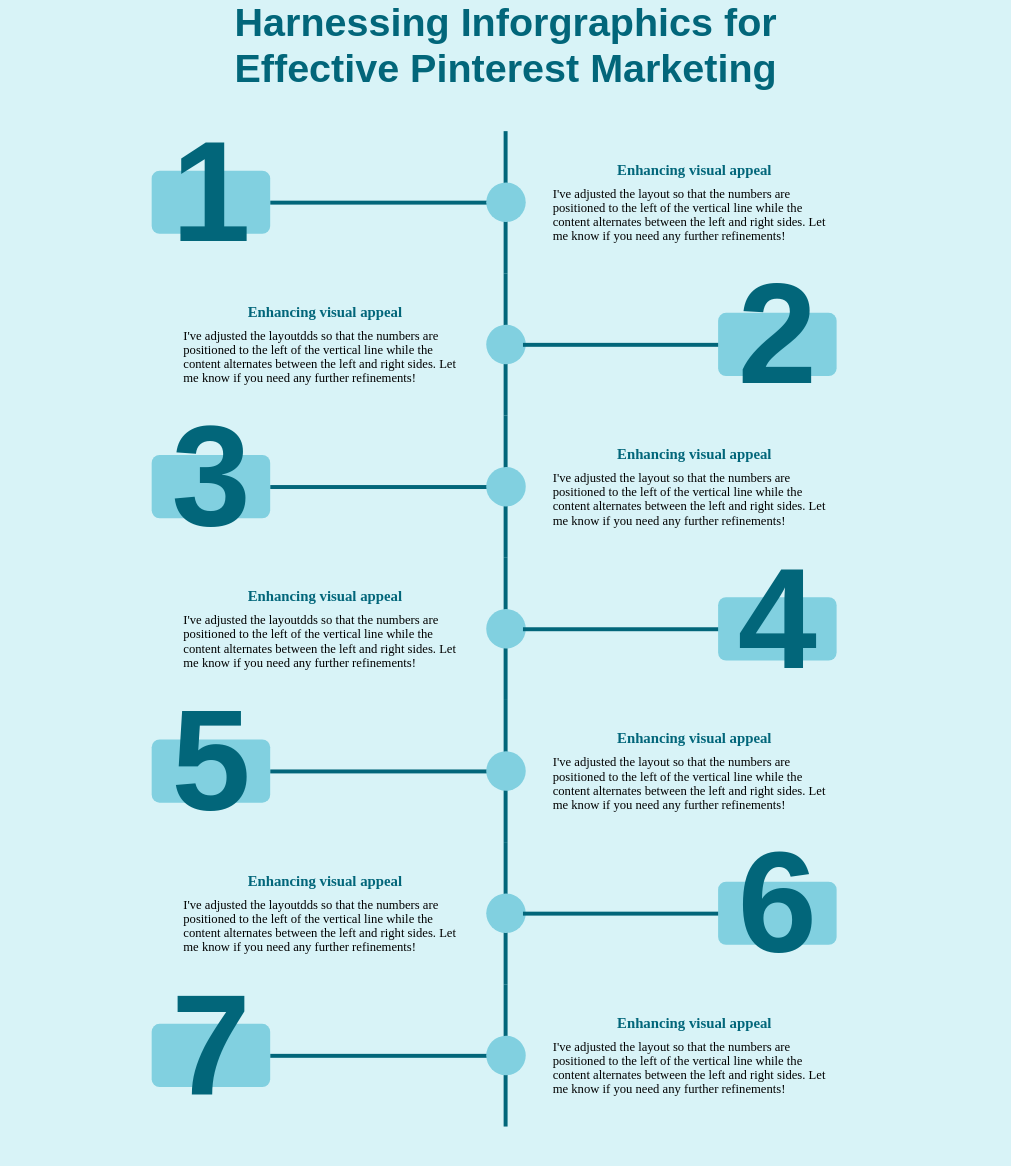
Repository: ayushrajput545/InforGraphic-page
Page: index.html
These files come from the project's save history. The page is drawn as it stood at one moment and after the next save; the edit follows.
The browser window is 1280 px wide. The pictures show the whole page, at 79% of full size.
Some web fonts or font styles are not loaded; a fallback is used.

Above is the page before, as saved 2025-04-02 00:15:21.

### index.html
<!DOCTYPE html>
<html lang="en">
<head>
    <meta charset="UTF-8">
    <meta name="viewport" content="width=device-width, initial-scale=1.0">
    <link rel="stylesheet" href="style.css">
    <link rel="preconnect" href="https://fonts.googleapis.com">
    <link rel="preconnect" href="https://fonts.gstatic.com" crossorigin>
    <link href="https://fonts.googleapis.com/css2?family=Protest+Riot&display=swap" rel="stylesheet">
</head>
<body>

    <h1 class="header">Harnessing Inforgraphics for Effective Pinterest Marketing</h1>



    <div class="container">

        <!-- Step 1 -->

        <div class="content-steps-odd">
            <div class="overlap">
                <h1 class="steps">1</h1>
            </div>
            <div class="line-horizontal"></div>
            <div class="line-vertical">
                <div class="circle"></div>
            </div>
            <div class="content-right">
                <h3 id="content-header">Enhancing visual appeal</h3>
                <p>I've adjusted the layout so that the numbers are positioned to the left of the vertical line while the content alternates between the left and right sides. Let me know if you need any further refinements!</p>
            </div>
        </div>


        <!-- Step 2 -->
        <div class="content-steps-even">
            <div class="content-right-even">
                <h3 id="content-header">Enhancing visual appeal</h3>
                <p>I've adjusted the layoutdds so that the numbers are positioned to the left of the vertical line while the content alternates between the left and right sides. Let me know if you need any further refinements!</p>
            </div>
             <div class="line-vertical">
                <div class="circle"></div>
            </div>
            <div class="line-horizontal-right"></div>
            <div class="overlap-even">
                <h1 class="steps-even">2</h1>
            </div>
        </div>


        <!-- Step 3 -->
        <div class="content-steps-odd">
            <div class="overlap">
                <h1 class="steps">3</h1>
            </div>
            <div class="line-horizontal"></div>
            <div class="line-vertical">
                <div class="circle"></div>
            </div>
            <div class="content-right">
                <h3 id="content-header">Enhancing visual appeal</h3>
                <p>I've adjusted the layout so that the numbers are positioned to the left of the vertical line while the content alternates between the left and right sides. Let me know if you need any further refinements!</p>
            </div>
        </div>


        <!-- Step 4 -->
        <div class="content-steps-even">
            <div class="content-right-even">
                <h3 id="content-header">Enhancing visual appeal</h3>
                <p>I've adjusted the layoutdds so that the numbers are positioned to the left of the vertical line while the content alternates between the left and right sides. Let me know if you need any further refinements!</p>
            </div>
             <div class="line-vertical">
                <div class="circle"></div>
            </div>
            <div class="line-horizontal-right"></div>
            <div class="overlap-even">
                <h1 class="steps-even">4</h1>
            </div>
        </div>


        <!-- Step 5 -->
        <div class="content-steps-odd">
            <div class="overlap">
                <h1 class="steps">5</h1>
            </div>
            <div class="line-horizontal"></div>
            <div class="line-vertical">
                <div class="circle"></div>
            </div>
            <div class="content-right">
                <h3 id="content-header">Enhancing visual appeal</h3>
                <p>I've adjusted the layout so that the numbers are positioned to the left of the vertical line while the content alternates between the left and right sides. Let me know if you need any further refinements!</p>
            </div>
        </div>


        <!-- Step 6 -->
        <div class="content-steps-even">
            <div class="content-right-even">
                <h3 id="content-header">Enhancing visual appeal</h3>
                <p>I've adjusted the layoutdds so that the numbers are positioned to the left of the vertical line while the content alternates between the left and right sides. Let me know if you need any further refinements!</p>
            </div>
             <div class="line-vertical">
                <div class="circle"></div>
            </div>
            <div class="line-horizontal-right"></div>
            <div class="overlap-even">
                <h1 class="steps-even">6</h1>
            </div>
        </div>



        <!-- Step 7 -->
        <div class="content-steps-odd">
            <div class="overlap">
                <h1 class="steps">7</h1>
            </div>
            <div class="line-horizontal"></div>
            <div class="line-vertical">
                <div class="circle"></div>
            </div>
            <div class="content-right">
                <h3 id="content-header">Enhancing visual appeal</h3>
                <p>I've adjusted the layout so that the numbers are positioned to the left of the vertical line while the content alternates between the left and right sides. Let me know if you need any further refinements!</p>
            </div>
        </div>




    </div>


    <script src="https://unpkg.com/scrollreveal"></script>
    <script src="index.js" ></script>

</body>
</html>

### style.css
*{
    margin: 0;
    padding: 0;
    box-sizing: border-box;
}

body{
    background-color: #d8f3f7;;
}

.header{
    font-family: "Protest Riot", sans-serif;
    text-align: center;
    max-width: 60%;
    margin: auto;
    font-size: 50px;
    font-weight: bold;
    color: #02667a;
}

.container{
    position: relative;
    width: 70%;
    margin: auto;
    margin-top: 100px;
}

.content-steps-odd{
    display: flex;
    align-items: center;
    position: relative;
    margin-bottom: 100px;
}

.overlap{
    background-color: #81d0e0;
    width: 150px;
    height: 80px;
    position: relative;
    z-index: 1;
    display: flex;
    justify-content: center;
    border-radius: 10px;
}

.steps{
    font-family: "Protest Riot", sans-serif;
    font-size: 180px;
    font-weight: bold;
    color: #02667a;
    position: absolute;
    z-index: 2;
    bottom: -50px;
}

.line-horizontal{
    background-color: #02667a;
    width: 35%;
    height: 5px;
    position: relative;
}

.circle {
    width: 50px;
    height: 50px;
    background-color: #81d0e0;
    border-radius: 50%;
    position: absolute;
    left: 50%;
    transform: translate(-50%, -50%);
    top: 90px;
}



.line-vertical {
    width: 5px;
    height: 180px;
    background-color: #02667a;
    position: absolute;
    left: 50%;
    transform: translateX(-50%);

}

.content-right{
    width: 40%;
    position: absolute;
    right: 30px
}

.content-right h3{
    color: #02667a;
    text-align: center;
    margin-bottom: 10px;
}



/* Even */
.content-steps-even{
    display: flex;
    align-items: center;
    position: relative;
    margin-bottom: 100px;
}

.overlap-even{
    background-color: #81d0e0;
    width: 150px;
    height: 80px;
    position: relative;
    left:80%;
    z-index: 1;
    display: flex;
    justify-content: center;
    border-radius: 10px;
}

.steps-even{
    font-family: "Protest Riot", sans-serif;
    font-size: 180px;
    font-weight: bold;
    color: #02667a;
    position: absolute;
    z-index: 2;
    bottom: -50px;

}


.line-horizontal-right {
    background-color: #02667a;
    width: 30%;
    height: 5px;
    position: absolute;
    left: 52.5%;
    transform: translateX(0); /* Starts from the circle */

}

.content-right-even{
    width: 40%;
    position: absolute;
    left: 40px
}

.content-right-even h3{
    color: #02667a;
    text-align: center;
    margin-bottom: 10px;
}


@media(width< 921px){
    .header{
        font-size: 40px;
    }

    .line-horizontal{
        width: 30%;

    }
}

@media(width<800px){
    .header{
        font-size: 30px;
    }

    .line-horizontal{
        width: 25%;
    }

    .content-right-even{
        left: 20px;
    }
}

@media(width<700px){

    .container{
        width: 100%;
    }

}

@media(width<514px){
    .header{
        font-size: 20px;
    }

    .overlap{
        width: 100px;
        height:50px
    }

    .steps{
        font-size: 100px;
        bottom: -30px;
    }

    .circle{
        width: 40px;
        height: 40px;
    }

    .line-horizontal{
        width: 28%;
    }


    .overlap-even{
        width: 100px;
        height:50px
    }

    .steps-even{
        font-size: 100px;
        bottom: -30px;
    }

}

### index.js
ScrollReveal().reveal('.content-steps-odd', {
    distance: '100px',
    origin: 'right',
    duration: 1000,
    delay: 200,
    interval: 300,
    opacity: 0,
    easing: 'ease-in-out'
});

ScrollReveal().reveal('.content-steps-even', {
    distance: '100px',
    origin: 'left',
    duration: 1000,
    delay: 200,
    interval: 300,
    opacity: 0,
    easing: 'ease-in-out'
});

After the next save:
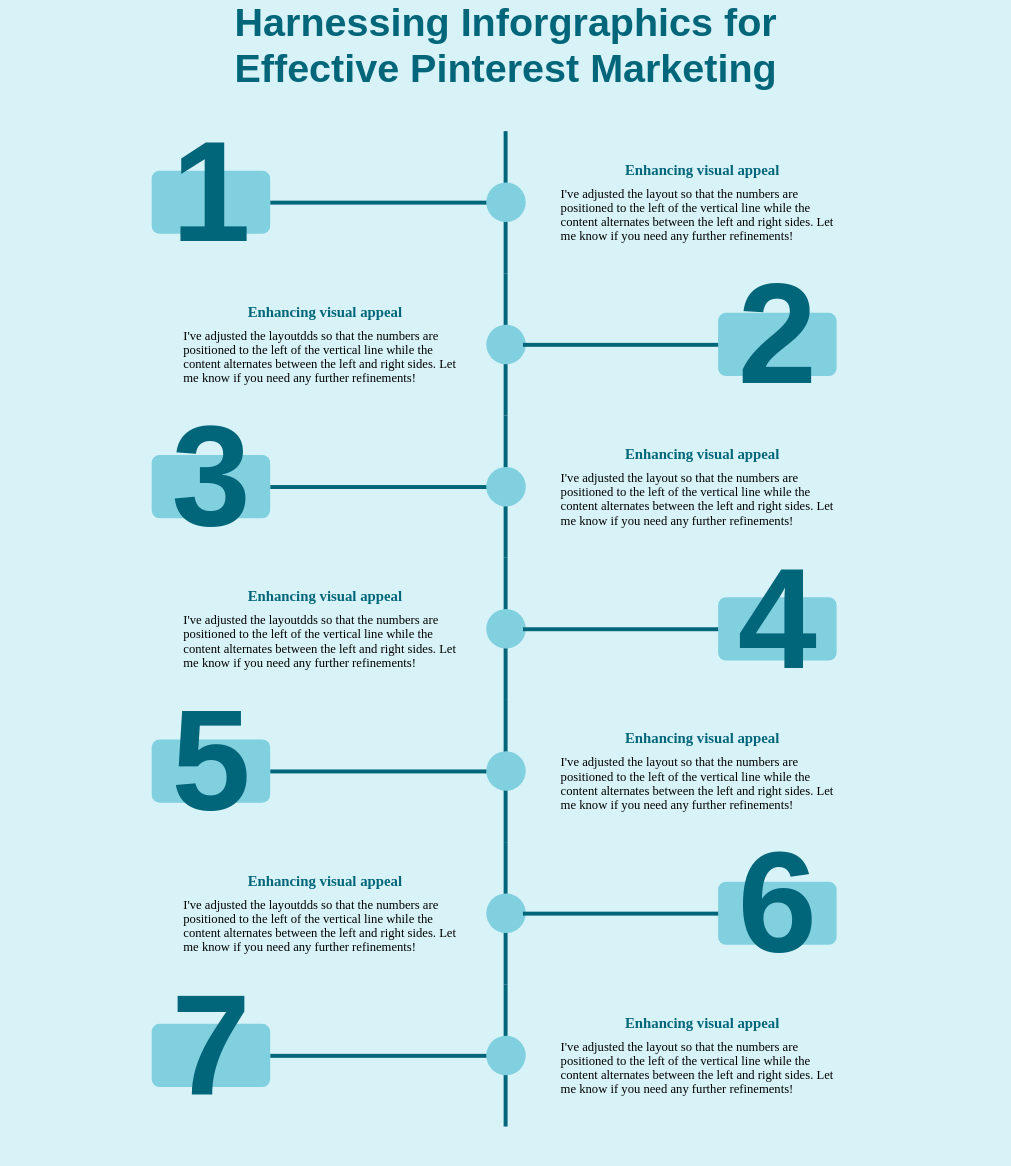
Saved 4 s later.
--- a/style.css
+++ b/style.css
@@ -86,7 +86,7 @@
 .content-right{
     width: 40%;
     position: absolute;
-    right: 30px
+    right: 20px
 }
 
 .content-right h3{
